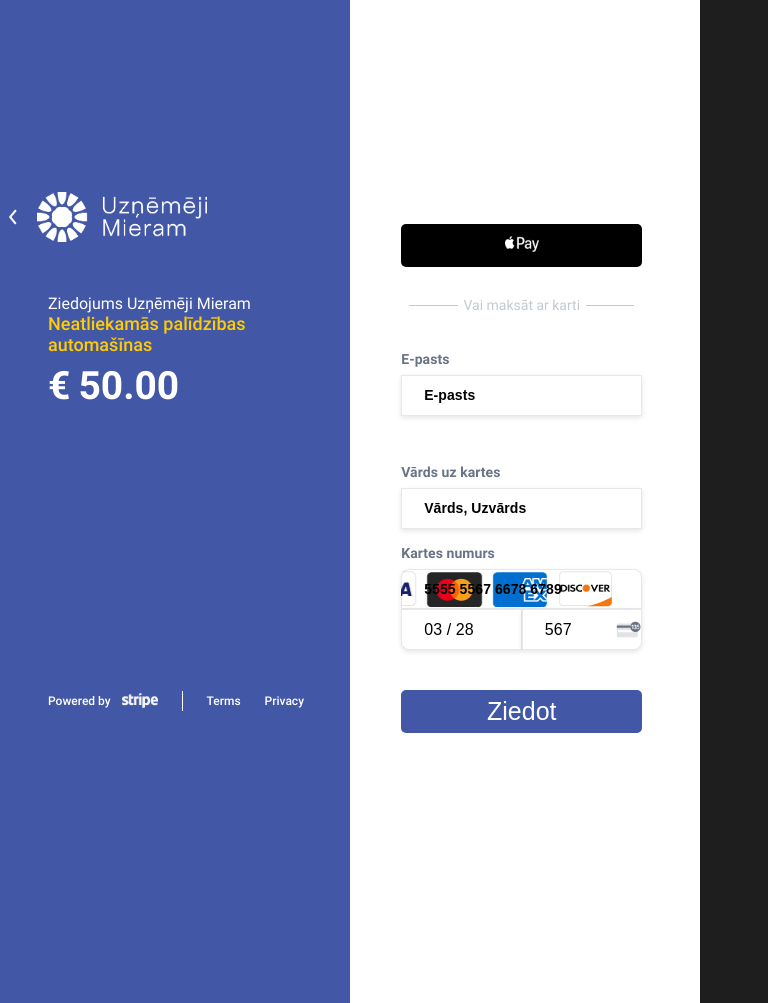
Repository: KatrinaPa/projekts_jul
Page: stripe.html
An editor plug-in stored every save of this project. The page is shown before and after the next save, followed by the edit.
The browser window is 768 px wide. The pictures show the whole page.

Above is the page before, as saved 2023-08-02 15:10:22.

### stripe.html
<!DOCTYPE html>
<html lang="en">

<head>
    <meta charset="UTF-8">
    <meta http-equiv="X-UA-Compatible" content="IE=edge">
    <meta name="viewport" content="width=device-width, initial-scale=1.0">
    <title>Stripe</title>
    <link rel="preconnect" href="https://fonts.googleapis.com">
    <link rel="preconnect" href="https://fonts.gstatic.com" crossorigin>
    <link href="https://fonts.googleapis.com/css2?family=Poppins:wght@300;400;500;600;700&display=swap"
        rel="stylesheet">
    <link rel="preconnect" href="https://fonts.googleapis.com">
    <link rel="preconnect" href="https://fonts.gstatic.com" crossorigin>
    <link href="https://fonts.googleapis.com/css2?family=Poppins:wght@300;400;500;600&display=swap" rel="stylesheet">
    <link rel="stylesheet" href="./assets/main.css" />
    <link rel="stylesheet" href="./assets/stripe-styles.css" />
    <link rel="stylesheet" href="https://cdnjs.cloudflare.com/ajax/libs/font-awesome/6.2.0/css/all.min.css" />
</head>

<body>

    <main>
        <div class="panel-2">
            <section class="section_left">
                <div class="wrapper_left">
                    <div class="logo-back"><a href="sakums.html">
                            <button class="back-btn">
                                <svg xmlns="http://www.w3.org/2000/svg" width="26" height="26" viewBox="0 0 26 26"
                                    fill="none">
                                    <path
                                        d="M15.2444 20.2912C15.0888 20.2917 14.935 20.2574 14.7944 20.1907C14.6538 20.124 14.53 20.0266 14.4319 19.9058L9.40066 13.6558C9.24745 13.4694 9.1637 13.2356 9.1637 12.9943C9.1637 12.753 9.24745 12.5192 9.40066 12.3328L14.609 6.08285C14.7858 5.87012 15.0399 5.73635 15.3153 5.71095C15.5908 5.68556 15.865 5.77062 16.0777 5.94743C16.2905 6.12424 16.4242 6.37832 16.4496 6.65376C16.475 6.9292 16.39 7.20345 16.2132 7.41618L11.5569 12.9995L16.0569 18.5828C16.1843 18.7357 16.2652 18.9219 16.2901 19.1194C16.315 19.3168 16.2827 19.5173 16.1973 19.697C16.1118 19.8767 15.9766 20.0282 15.8078 20.1335C15.6389 20.2388 15.4434 20.2935 15.2444 20.2912Z"
                                        fill="#F4F4F4" />
                                </svg>
                            </button>
                            <div>
                                <img src="assets/images/UM_logo_white.png" alt="UM_logo_white" id="logo-white">
                            </div>
                        </a></div>
                    <div class="donate-amount">
                        <p>Ziedojums Uzņēmēji Mieram<br>
                            <span>Neatliekamās palīdzības automašīnas</span>
                        </p>
                        <div>
                            <h2>€</h2>
                            <h2>50.00</h2>
                        </div>
                    </div>
                    <div class="terms-privacy">
                        <div>Powered by <img src="assets/images/stripe_wht.png" alt="Stripe" id="stripe_logo"></div>
                        <div class="centred-divid"></div>
                        <div class="terms">Terms</div>
                        <div class="privacy">Privacy</div>
                    </div>
                </div>
            </section>


            <section class="section_right">
                <div class="wrapper_right">
                    <button type="submit" class="button-ApplePay"><img src="assets/images/applePay.png" alt="ApplePay"
                            id="applePay-btn"></button>
                    <div class="pay-card-wrapper">
                        <div class="pay-card-line"></div>
                        <div class="pay-card">
                            <p>Vai maksāt ar karti</p>
                        </div>
                        <div class="pay-card-line"></div>
                    </div>

                    <div class="donor-details">
                        <form action="#">
                            <div class="input-details">
                                <label for="email">E-pasts</label>
                                <input type="email" placeholder="E-pasts" id="email" />
                            </div>
                            <div class="input-details">
                                <label for="name-onCard">Vārds uz kartes</label>
                                <input type="text" placeholder="Vārds, Uzvārds" id="name-onCard" />
                            </div>
                            <div class="input-card-details">
                                <label for="card-nr">Kartes numurs</label>
                                <input type="tel" placeholder="5555 5567 6678 6789" id="card-nr"
                                    class="input-icon-cards" />
                                <div>
                                    <input type="tel" placeholder="03 / 28" id="valid" />
                                    <input type="tel" placeholder="567" id="cvc" class="input-icon-cvc" />
                                </div>
                            </div>
                            <button type="submit" class="button-donate id=" donate-btn">Ziedot</button>
                        </form>
                    </div>
                </div>
            </section>

        </div>
    </main>


</body>

</html>

### assets/stripe-styles.css
.panel-2 {
    display: flex;
    flex-direction: row;
    justify-content: center;
}

.section_left {
    display: flex;
    justify-content: center;
    width: 50%;
    height: 62.69rem;
    background-color: #4257A6;
    font-family: Roboto;
    color: #ffffff;
}

.wrapper_left {
    display: flex;
    flex-direction: column;
    align-items: flex-start;
}

.logo-back {
    margin-top: 12rem;
}

.logo-back a {
    display: flex;
    gap: 0.7rem;
}

.back-btn {
    border: 0;
    background: transparent;
    padding: 0;
    cursor: pointer;
}

#logo-white {
    width: 10.625rem;
}

.donate-amount {
    display: flex;
    flex-direction: column;
    padding-left: 3rem;
}

.donate-amount p {
    font-size: 16px;
    font-weight: 400;
    margin: 3rem 3rem 0 0;
}

.donate-amount p span {
    font-size: 18px;
    font-weight: 500;
    color: #FFCC00;
}

.donate-amount div {
    display: flex;
    gap: 0.5rem;
}

.donate-amount h2 {
    font-size: 39px;
    font-weight: 600;
    margin-top: 0.5rem;
}

.terms-privacy {
    font-size: 12px;
    font-weight: 500;
    display: flex;
    gap: 1.5rem;
    margin-top: 17rem;
    width: 16rem;
    padding-left: 3rem;
}

.terms-privacy div:first-child {
    display: flex;
    justify-content: space-between;
    align-items: center;
}

.terms-privacy img {
    width: 33%;
}

.centred-divid {
    width: 1px;
    height: 1.25rem;
    background-color: #ffffff;
}

.terms,
.privacy {
    padding-top: 0.2rem;
    cursor: pointer;
}



.section_right {
    width: 50%;
    background-color: #ffffff;
    font-family: Roboto;
}

.wrapper_right {
    padding: 13rem 7.2rem 0 6.6rem;
}

.button-ApplePay {
    margin-top: 1rem;
    width: 100%;
    height: 2.69rem;
    max-width: 26.25rem;
    background-color: #000;
    border-radius: 5px;
    border: none;
    cursor: pointer;
}

.button-ApplePay img {
    width: 15%;
}

.pay-card-wrapper {
    display: flex;
    align-items: center;
    padding: 1rem 0.5rem 1.5rem 0.5rem;
    max-width: 25.2rem;
}

.pay-card {
    width: 100%;
    max-width: 26.25rem;
    display: flex;
    justify-content: center;
    font-size: 14px;
    font-weight: 400;
    color: #C3C9D1;
}

.pay-card-line {
    border-top: 1px solid #C3C9D1;
    width: 70%;
}

.section_right input {
    width: auto;
    max-width: 25.8rem;
    height: 2.3rem;
    border: solid 1px rgba(60, 66, 87, 0.12);
    box-shadow: 0px 2px 5px 0px rgba(0, 0, 0, 0.1);
    font-size: 14px;
    font-weight: 600;
    line-height: 22px;
    letter-spacing: 0.07px;
}

.section_right ::placeholder {
    padding: 0 1.25rem;
    color: #000;
}

.section_right label {
    color: #697386;
    font-size: 14px;
    font-weight: 600;
    letter-spacing: 0.07px;
}

form div:first-child {
    margin-bottom: 3rem;
}

.input-details {
    display: flex;
    flex-direction: column;
    gap: 0.5rem;
    margin-bottom: 1rem;
}

.input-card-details {
    gap: 0;
    display: flex;
    flex-direction: column;
}

.input-card-details label {
    margin-bottom: 0.5rem;
}

.input-card-details div {
    display: flex;
    flex-direction: row;
}

.input-card-details div input {
    width: 50%;
    max-width: 12.7rem;
    font-size: 16px;
    font-weight: 500;
}

.input-details input {
    margin: 0;
}

#card-nr {
    border-radius: 8px 8px 0 0;
}

#valid {
    border-radius: 0 0 0 8px;
}

#cvc {
    border-radius: 0 0 8px 0;
}

.input-icon-cards {
    background-image: url("cards.png");
    background-position: right center;
}

.input-icon-cvc {
    background-image: url("data:[embedded picture, 2812 characters]");
    background-position: right center;
}

.donor-details input {
    background-repeat: no-repeat;
}

.button-donate {
    margin-top: 2.5rem;
    width: 100%;
    max-width: 26.25rem;
    background-color: #4257A6;
    color: #ffffff;
    font-size: 25px;
    font-weight: 500;
    height: 2.69rem;
    text-decoration: none;
    border-radius: 5px;
    border: none;
    cursor: pointer;
}

@media (min-width: 1370px) {
    .wrapper_right {
        padding: 13rem 10.5rem 0 6.6rem;
    }
}

@media (min-width: 1340px) {
    .wrapper_right {
        padding: 13rem 9.5rem 0 6.6rem;
    }
}

@media (min-width: 1300px) {
    .wrapper_right {
        padding: 13rem 8.5rem 0 6.6rem;
    }
}

@media screen and (max-width: 1279px) {
    .panel-2 {
        max-width: 700px;
    }
}

@media (max-width: 1080px) {
    .wrapper_right {
        padding: 13rem 6.2rem 0 5.6rem;
    }

    .pay-card-line {
        width: 50%;
    }
}

@media (max-width: 980px) {
    .wrapper_right {
        padding: 13rem 5.2rem 0 4.6rem;
    }
}

@media (max-width: 900px) {
    .wrapper_right {
        padding: 13rem 4.4rem 0 4rem;
    }
}

@media (max-width: 821px) {
    .wrapper_right {
        padding: 13rem 3.6rem 0 3.2rem;
    }

    .pay-card-line {
        width: 38%;
    }

    .terms-privacy {
        margin-top: 15.6rem;
    }
}

Loaded but not shown: assets/main.css (1433 lines, source omitted)

After the next save:
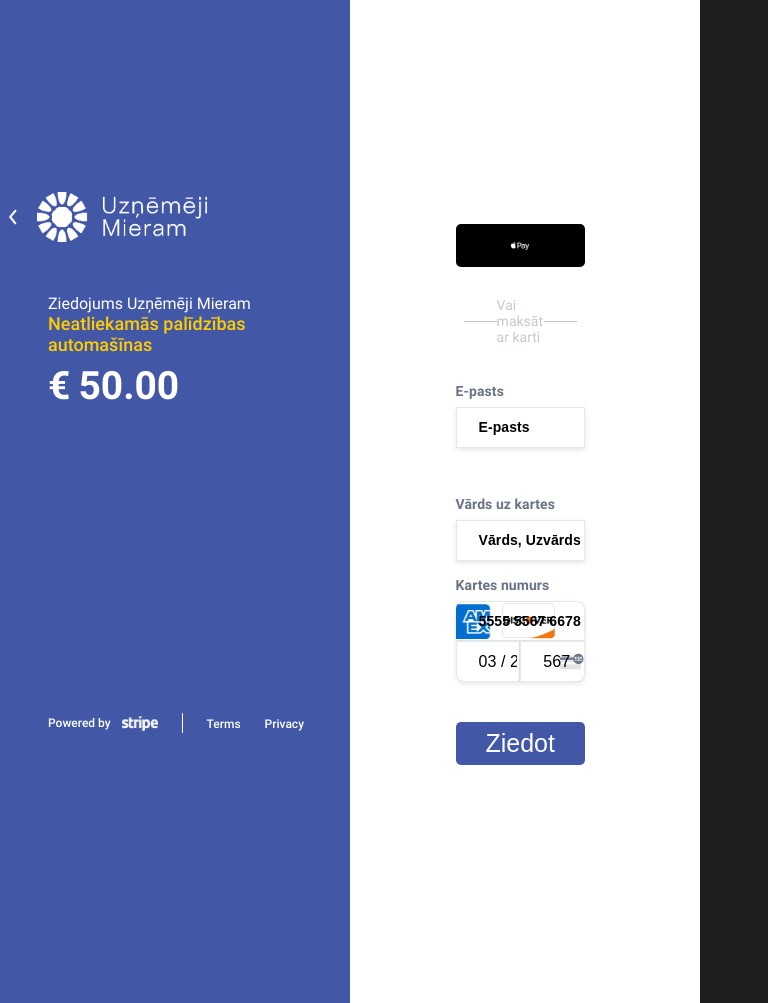
Saved 2 min 57 s later.
--- a/assets/stripe-styles.css
+++ b/assets/stripe-styles.css
@@ -275,39 +275,3 @@
         max-width: 700px;
     }
 }
-
-@media (max-width: 1080px) {
-    .wrapper_right {
-        padding: 13rem 6.2rem 0 5.6rem;
-    }
-
-    .pay-card-line {
-        width: 50%;
-    }
-}
-
-@media (max-width: 980px) {
-    .wrapper_right {
-        padding: 13rem 5.2rem 0 4.6rem;
-    }
-}
-
-@media (max-width: 900px) {
-    .wrapper_right {
-        padding: 13rem 4.4rem 0 4rem;
-    }
-}
-
-@media (max-width: 821px) {
-    .wrapper_right {
-        padding: 13rem 3.6rem 0 3.2rem;
-    }
-
-    .pay-card-line {
-        width: 38%;
-    }
-
-    .terms-privacy {
-        margin-top: 15.6rem;
-    }
-}

After the save that followed:
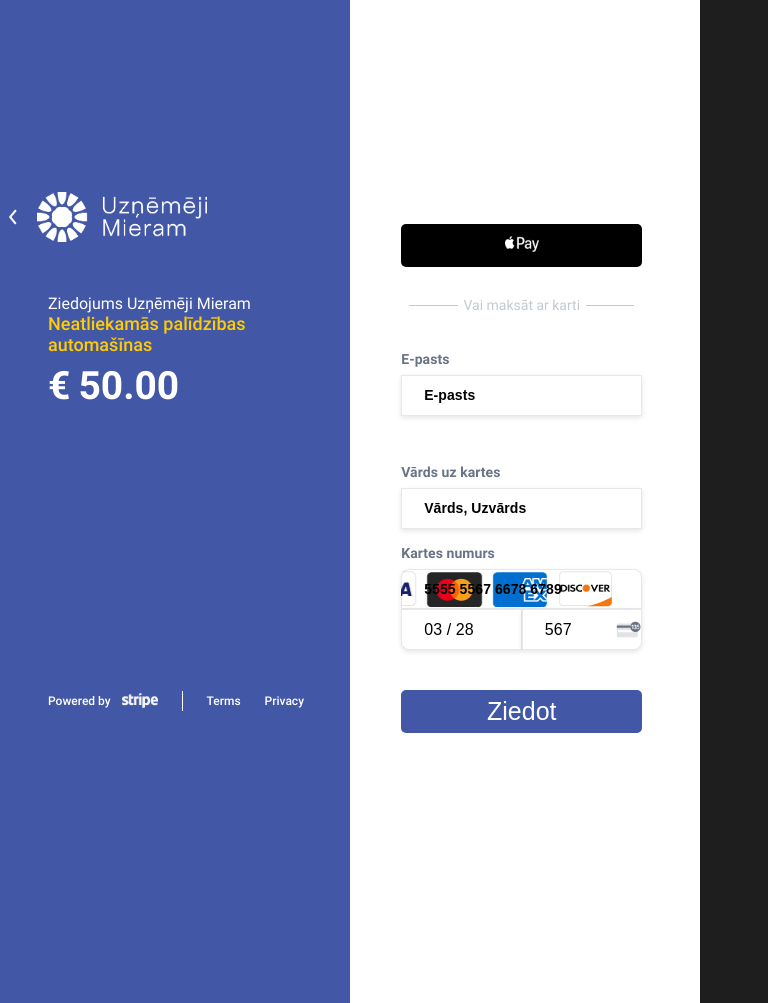
Saved 23 s later.
--- a/assets/stripe-styles.css
+++ b/assets/stripe-styles.css
@@ -275,3 +275,39 @@
         max-width: 700px;
     }
 }
+
+@media (max-width: 1080px) {
+    .wrapper_right {
+        padding: 13rem 6.2rem 0 5.6rem;
+    }
+
+    .pay-card-line {
+        width: 50%;
+    }
+}
+
+@media (max-width: 980px) {
+    .wrapper_right {
+        padding: 13rem 5.2rem 0 4.6rem;
+    }
+}
+
+@media (max-width: 900px) {
+    .wrapper_right {
+        padding: 13rem 4.4rem 0 4rem;
+    }
+}
+
+@media (max-width: 821px) {
+    .wrapper_right {
+        padding: 13rem 3.6rem 0 3.2rem;
+    }
+
+    .pay-card-line {
+        width: 38%;
+    }
+
+    .terms-privacy {
+        margin-top: 15.6rem;
+    }
+}
